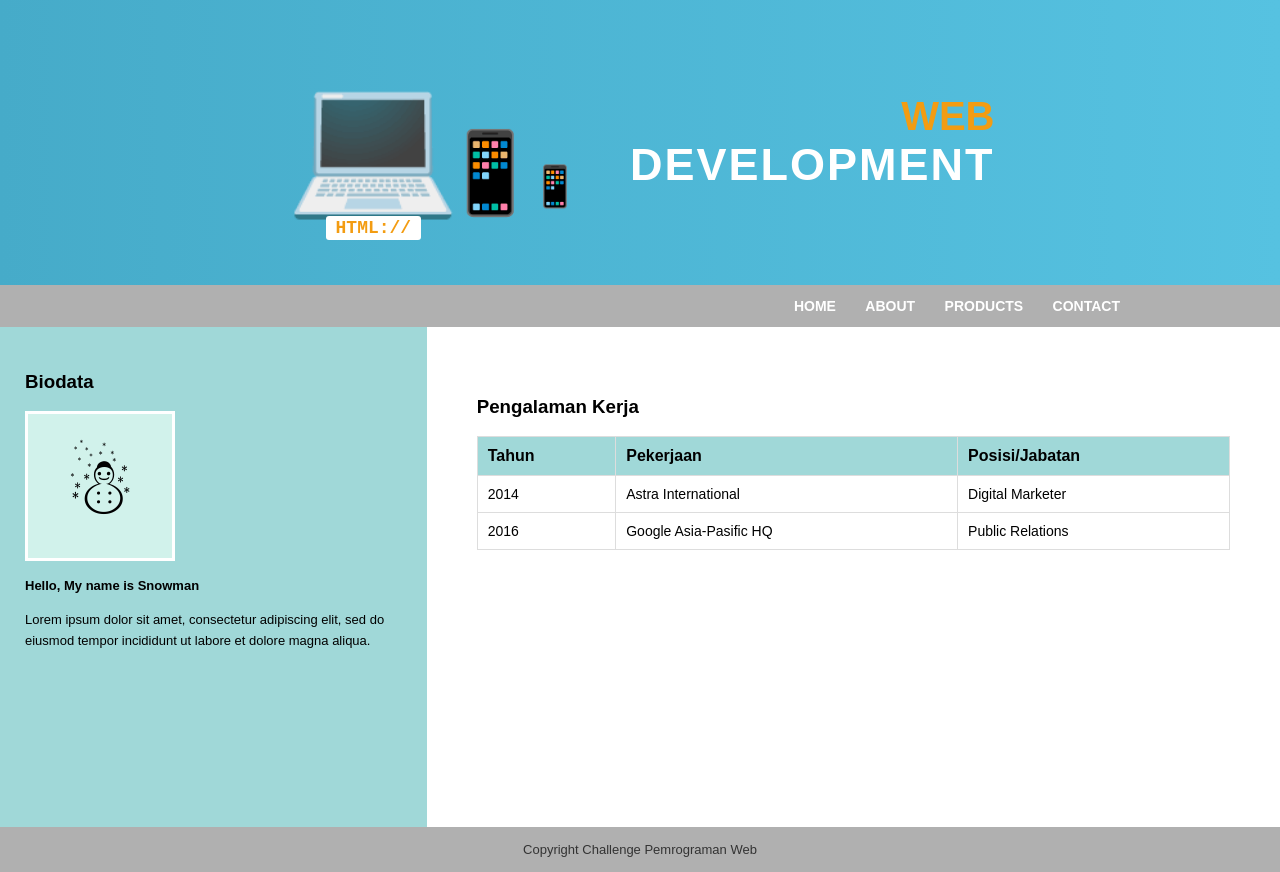
Repository: Nanda-IT/CSS-layout-Flexbox
Page: pratikum5.html
An editor plug-in stored every save of this project. The page is shown before and after the next save, followed by the edit.
The browser window is 1280 px wide. The pictures show the whole page.

Above is the page before, as saved 2026-04-27 12:18:56.

### pratikum5.html
<!DOCTYPE html>
<html lang="id">
<head>
    <meta charset="UTF-8">
    <meta name="viewport" content="width=device-width, initial-scale=1.0">
    <title>Halaman Web Pengembangan Web</title>
    <link rel="stylesheet" href="style.css">
</head>
<body>

    <header>
        <div class="banner-content">
            <div class="icon-group">
                <span class="monitor-icon">&#128187;</span> <span class="tablet-icon">&#128241;</span>  <span class="phone-icon">&#128241;</span>   <div class="html-label">HTML://</div>
            </div>
            <div class="header-text">
                <h1 class="text-orange">WEB</h1>
                <h2 class="text-white">DEVELOPMENT</h2>
            </div>
        </div>
    </header>

    <nav>
        <div class="nav-links">
            <a href="#">HOME</a>
            <a href="#">ABOUT</a>
            <a href="#">PRODUCTS</a>
            <a href="#">CONTACT</a>
        </div>
    </nav>

    <main class="container">
        <section class="sidebar">
            <h3>Biodata</h3>
            <div class="profile-box">
                <div class="snowman-img">&#9731;</div>
            </div>
            <div class="description">
                <p><strong>Hello, My name is Snowman</strong></p>
                <p>Lorem ipsum dolor sit amet, consectetur adipiscing elit, sed do eiusmod tempor incididunt ut labore et dolore magna aliqua.</p>
            </div>
        </section>

        <section class="content">
            <h3>Pengalaman Kerja</h3>
            <table>
                <thead>
                    <tr>
                        <th>Tahun</th>
                        <th>Pekerjaan</th>
                        <th>Posisi/Jabatan</th>
                    </tr>
                </thead>
                <tbody>
                    <tr>
                        <td>2014</td>
                        <td>Astra International</td>
                        <td>Digital Marketer</td>
                    </tr>
                    <tr>
                        <td>2016</td>
                        <td>Google Asia-Pasific HQ</td>
                        <td>Public Relations</td>
                    </tr>
                </tbody>
            </table>
        </section>
    </main>

    <footer>
        Copyright Challenge Pemrograman Web
    </footer>

</body>
</html>

### style.css
/* Reset Dasar */
* {
    box-sizing: border-box;
}

body {
    font-family: Arial, sans-serif;
    margin: 0;
    padding: 0;
    background-color: #f0f0f0;
}

/* Header & Banner */
header {
    background: linear-gradient(to right, #46abc9, #56c2e1);
    padding: 60px 20px;
    display: flex;
    justify-content: center;
}

.banner-content {
    display: flex;
    align-items: center;
    gap: 50px;
}

.icon-group {
    position: relative;
    display: flex;
    align-items: flex-end;
}

.monitor-icon { font-size: 140px; color: #333; }
.tablet-icon { font-size: 80px; margin-left: -20px; margin-bottom: 5px; color: #444; }
.phone-icon { font-size: 40px; margin-left: -10px; margin-bottom: 15px; color: #555; }

.html-label {
    position: absolute;
    bottom: -15px;
    left: 40px;
    background: white;
    color: #f39c12;
    padding: 2px 10px;
    font-weight: bold;
    border-radius: 3px;
    font-family: monospace;
    font-size: 18px;
}

.header-text {
    text-align: right;
}

.header-text h1 {
    margin: 0;
    font-size: 40px;
    color: #f39c12; /* Oranye */
}

.header-text h2 {
    margin: 0;
    font-size: 45px;
    letter-spacing: 2px;
    color: white;
}

/* Navigasi */
nav {
    background-color: #b0b0b0;
    padding: 12px 0;
}

.nav-links {
    max-width: 1000px;
    margin: 0 auto;
    text-align: right;
    padding-right: 20px;
}

nav a {
    text-decoration: none;
    color: white;
    font-weight: bold;
    margin-left: 25px;
    font-size: 14px;
}

/* Layout Konten */
.container {
    display: flex;
    max-width: 100%;
    margin: 0 auto;
    min-height: 500px;
    background-color: white;
}

.sidebar {
    flex: 1;
    background-color: #a0d8d8; /* Warna toska */
    padding: 25px;
}

.content {
    flex: 2;
    padding: 50px;
}

/* Biodata */
.profile-box {
    background-color: #d1f2eb;
    width: 150px;
    height: 150px;
    display: flex;
    justify-content: center;
    align-items: center;
    border: 3px solid white;
    margin-bottom: 15px;
}

.snowman-img {
    font-size: 80px;
}

.description {
    font-size: 13px;
    line-height: 1.6;
}

/* Tabel */
table {
    width: 100%;
    border-collapse: collapse;
}

th {
    background-color: #a0d8d8;
    text-align: left;
    padding: 10px;
    border: 1px solid #ddd;
}

td {
    padding: 10px;
    border: 1px solid #ddd;
    font-size: 14px;
}

/* Footer */
footer {
    background-color: #b0b0b0;
    text-align: center;
    padding: 15px;
    font-size: 13px;
    color: #333;
}

After the next save:
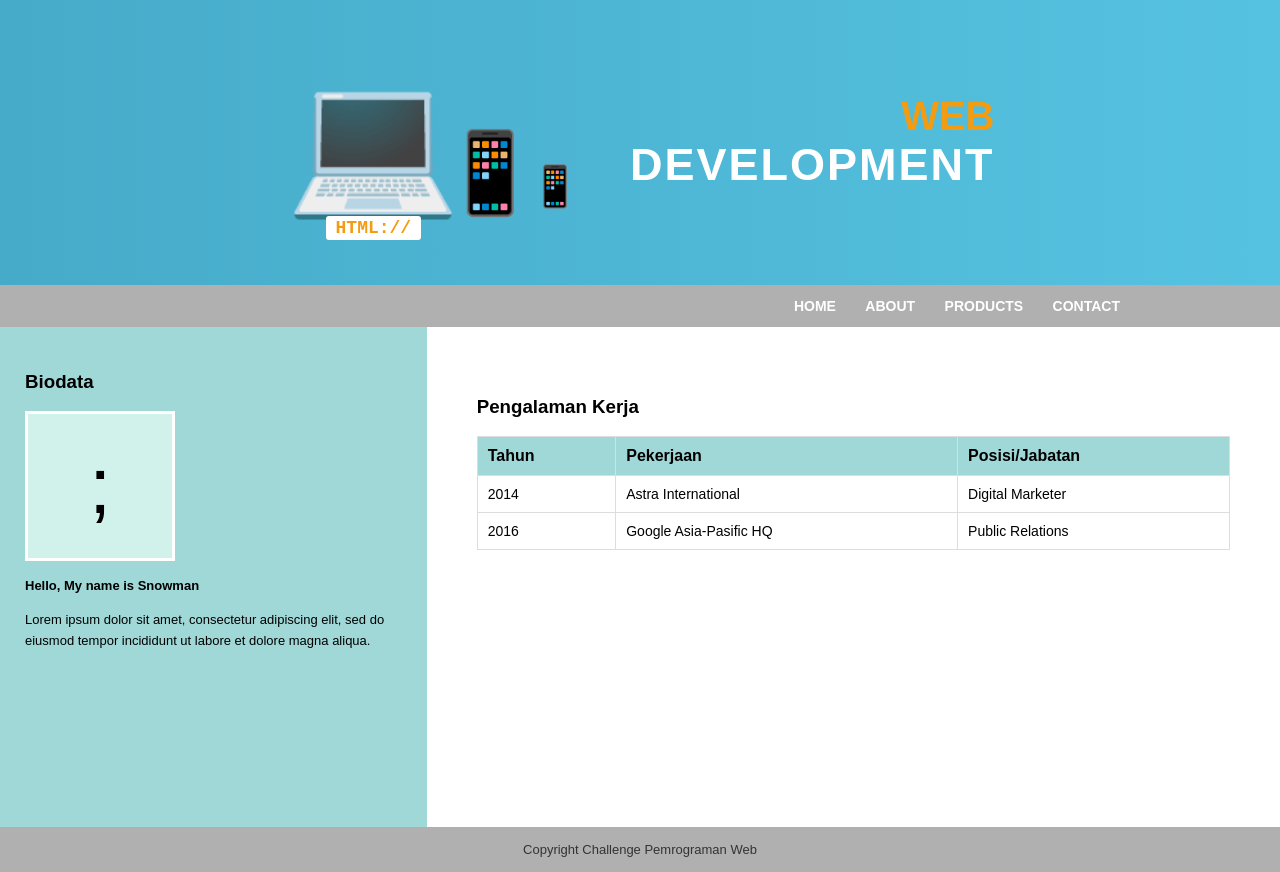
Saved 2 min 24 s later.
--- a/pratikum5.html
+++ b/pratikum5.html
@@ -33,7 +33,7 @@
         <section class="sidebar">
             <h3>Biodata</h3>
             <div class="profile-box">
-                <div class="snowman-img">&#9731;</div>
+                <div class="snowman-img">;</div>
             </div>
             <div class="description">
                 <p><strong>Hello, My name is Snowman</strong></p>
